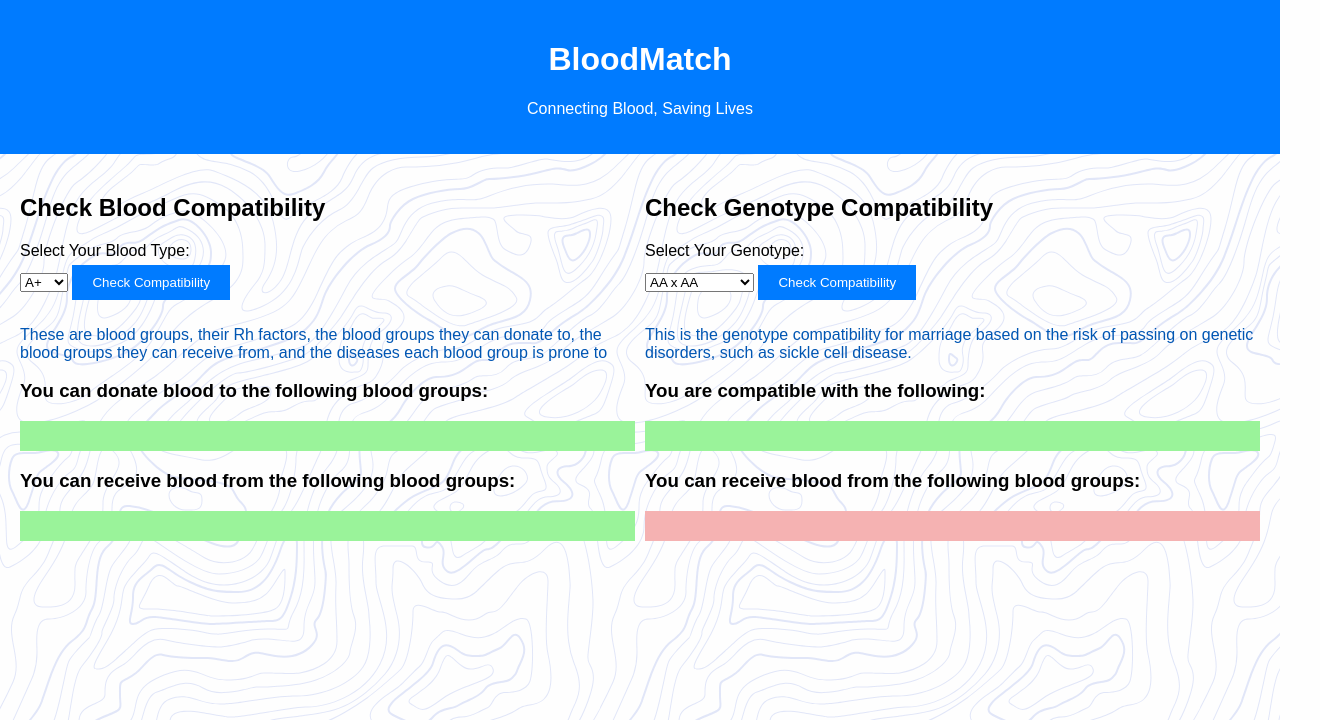
Repository: JuliusMonday/BloodMatch
Page: index.html
An editor plug-in stored every save of this project. The page is shown before and after the next save, followed by the edit.
The browser window is 1280 px wide. The page is 1280 px wide, then 1320 px, so the pictures cover 1320 px, including what lies to the right of the window. The pictures show the whole page.

Above is the page before, as saved 2024-05-03 11:33:59.

### index.html
<!DOCTYPE html>
<html lang="en">
<head>
  <meta charset="UTF-8">
  <meta name="viewport" content="width=device-width, initial-scale=1.0">
  <title>BloodMatch</title>
  <link rel="stylesheet" href="style.css">
</head>
<body>
  <header>
    <h1>BloodMatch</h1>
    <p>Connecting Blood, Saving Lives</p>
  </header>
  <main>
    <section id="bloodType">
      <h1>Check Blood Compatibility</h1>
      <label for="selectBloodType">Select Your Blood Type:</label>
      <select id="selectBloodType">
        <option value="A+">A+</option>
        <option value="A-">A-</option>
        <option value="B+">B+</option>
        <option value="B-">B-</option>
        <option value="AB+">AB+</option>
        <option value="AB-">AB-</option>
        <option value="O+">O+</option>
        <option value="O+">O+</option>
      </select>
      <button onclick="checkBloodCompatibility()">Check Compatibility</button>
      <div id="compatibilityResult">
        <p class="p-s"> These are blood groups, their Rh factors, the blood groups they can donate to, the blood groups they can receive from, and the diseases each blood group is prone to</p>
        <div class="donate-to">
            <h3>You can donate blood to the following blood groups:</h3>
            <p id="donate-to-bg" style="background-color:rgb(154, 243, 154); padding:15px; font-weight: bold;"></p>
        </div>
        <div class="receive-from">
            <h3>You can receive blood from the following blood groups:</h3>
            <p id="receive-from-bg" style="background-color:rgb(154, 243, 154); padding:15px; font-weight: bold;"></p>
        </div>
      </div>
    </section>
    <section id="genotype">
      <h1>Check Genotype Compatibility</h1>
      <label for="selectGenotype">Select Your Genotype:</label>
      <select id="selectGenotype">
        <option value="AA x AA">AA x AA</option>
        <option value="AA x AS">AA x AS</option>
        <option value="AS x AS">AS x AS</option>
        <option value="SS x SS">SS x SS</option>
        <option value="AS x SC">AS x SC (rare)</option>
    </select>
      <button onclick="checkGenotypeCompatibility()">Check Compatibility</button>
      <div id="genotypeResult">
        <p class="p-s">This is the genotype compatibility for marriage based on the risk of passing on genetic disorders, such as sickle cell disease.</p>
        <div class="compatible-Gn">
            <h3>You are compatible with the following:</h3>
            <p id="compatible-Gns" style="background-color:rgb(154, 243, 154); padding:15px; font-weight: bold;"></p>
        </div>
        <div class="non-compatible">
            <h3>You can receive blood from the following blood groups:</h3>
            <p id="non-compatible-Gns" style="background-color: rgb(245, 178, 178); padding:15px; font-weight: bold;"></p>
        </div>
      </div>
    </div>
    </section>
  </main>
  <!-- <footer>
    <p>&copy; 2024 BloodMatch | JuTeLabs</p>
  </footer> -->
  <script src="script.js"></script>
</body>
</html>

### script.js
const checkBloodCompatibility = () =>{
    let selectedBloodType = document.getElementById("selectBloodType").value;
    let canDonateTo = document.getElementById("donate-to-bg");
    let canReceiveFrom = document.getElementById("receive-from-bg");

     // Logic to determine compatible blood types
    switch(selectedBloodType) {
      case "A+":
        canDonateTo.textContent = `You can only donate blood to: A+ and AB+ only`;
        canReceiveFrom.textContent = `You can only receive blood from: A+, A-, O+, and O-`;
        break;
      case "A-":
        canDonateTo.textContent = `You can only donate blood to: A+, A-, AB+, AB- only`;
        canReceiveFrom.textContent = `You can only receive blood from: A-, and O-`;
        break;
      case "B+":
        canDonateTo.textContent = `You can only donate blood to: A+ and AB+ only`;
        canReceiveFrom.textContent = `You can only receive blood from: B+, and AB+`;
        break;
      case "B-":
        canDonateTo.textContent = `You can only donate blood to: AB-, AB+, B+, and B- only`;
        canReceiveFrom.textContent = `You can only receive blood from: B-, and O-`;
        break;
      case "AB+":
        canDonateTo.textContent = `You can only donate blood to: AB+ only`;
        canReceiveFrom.textContent = `You can only receive blood from: EVERYONE✨✔🙌`;
        break;
      case "AB-":
        canDonateTo.textContent = `You can only donate blood to: AB+ and AB- only`;
        canReceiveFrom.textContent = `You can only receive blood from: AB-, A-, B-, and O-`;
        break;
      case "O+":
        canDonateTo.textContent = `You can only donate blood to: A+, AB+, B+, AND O+ only`;
        canReceiveFrom.textContent = `You can only receive blood from: O+, and O-`;
        break;
      case "O-":
        canDonateTo.textContent = `You can only donate blood to: EVERYONE✨✔🙌`;
        canReceiveFrom.textContent = `You can only receive blood from: Only O-`;
        break;
    }

  }

  const checkGenotypeCompatibility = () => {
    let selectedGenotype = document.getElementById("selectGenotype").value;
    let canMarry = document.getElementById("compatible-Gns");
    let cannotMary = document.getElementById("non-compatible-Gns")


    // Logic to determine compatible genotypes
    switch(selectedGenotype) {
      case "AA x AA":
        canMarry.textContent = `Offspring Genotype Possibilities: AA (all children)`
        cannotMary.textContent = `SCD Risk in Offspring: No SCD risk`
        break;
      case "AA x AS":
        canMarry.textContent = `Offspring Genotype Possibilities: AA (50%) & AS (50%)`
        cannotMary.textContent = `SCD Risk in Offspring: No SCD risk for AA children, AS carriers for 50%`
        break;
      case "AS x AS":
        canMarry.textContent = `Offspring Genotype Possibilities: AA (25%), AS (50%), SS (25%)`
        cannotMary.textContent = `SCD Risk in Offspring: No SCD risk for AA children, 25% chance of SCD for SS children, 50% AS carriers`
        break;
      case "AS x SS":
        canMarry.textContent = `Offspring Genotype Possibilities: AS (50%) & SS (50%)`
        cannotMary.textContent = `SCD Risk in Offspring: 50% chance of SCD for both AS and SS children`
        break;
      case "SS x SS":
        canMarry.textContent = `Offspring Genotype Possibilities: SS (all children)`
        cannotMary.textContent = `SCD Risk in Offspring: All children will have SCD`
        break;
      case "AS x SC":
        canMarry.textContent = `Offspring Genotype Possibilities: AS (variable %), SC (variable %), SS (variable %)`
        cannotMary.textContent = `SCD Risk in Offspring: Varies depending on specific SC genotype - consult a genetic counselor`

    }
  }

Loaded but not shown: style.css (library)

After the next save:
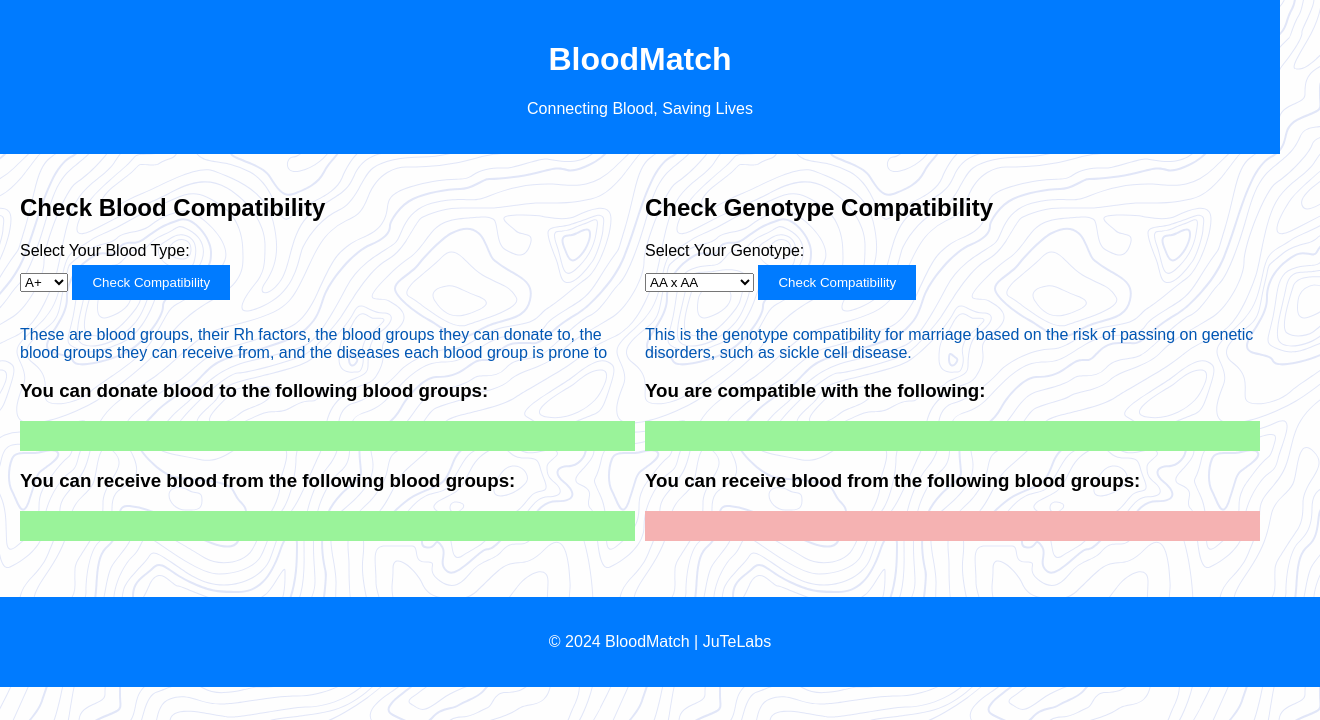
Saved 18 s later.
--- a/index.html
+++ b/index.html
@@ -63,9 +63,9 @@
     </div>
     </section>
   </main>
-  <!-- <footer>
+  <footer>
     <p>&copy; 2024 BloodMatch | JuTeLabs</p>
-  </footer> -->
+  </footer>
   <script src="script.js"></script>
 </body>
 </html>
